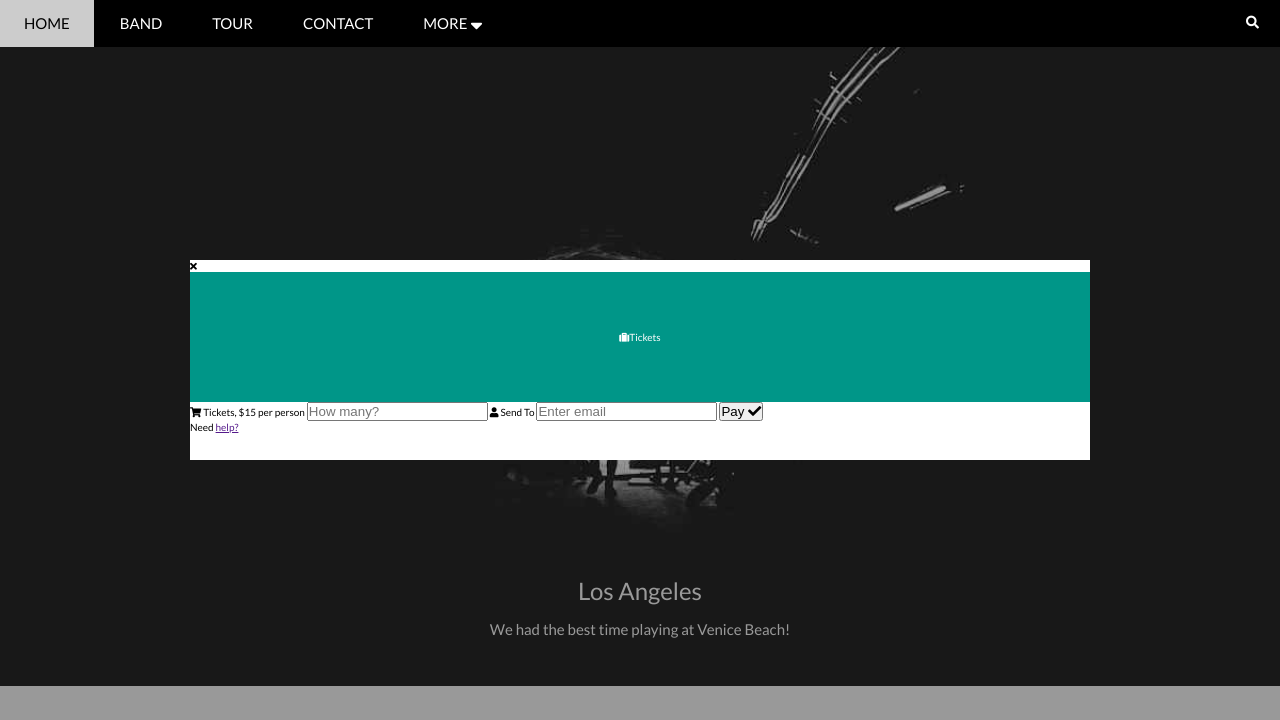
Repository: nguyenthaicong265/w3-band
Page: index.html
The author's editor kept a copy of each file at every save. The page is drawn from the files as they stood at one save, then again after the next save.
The browser window is 1280 px wide. The pictures show the window.
A layer covers the whole window, so only the first screen is drawn.

Above is the page before, as saved 2022-01-03 11:43:44.

After the next save:
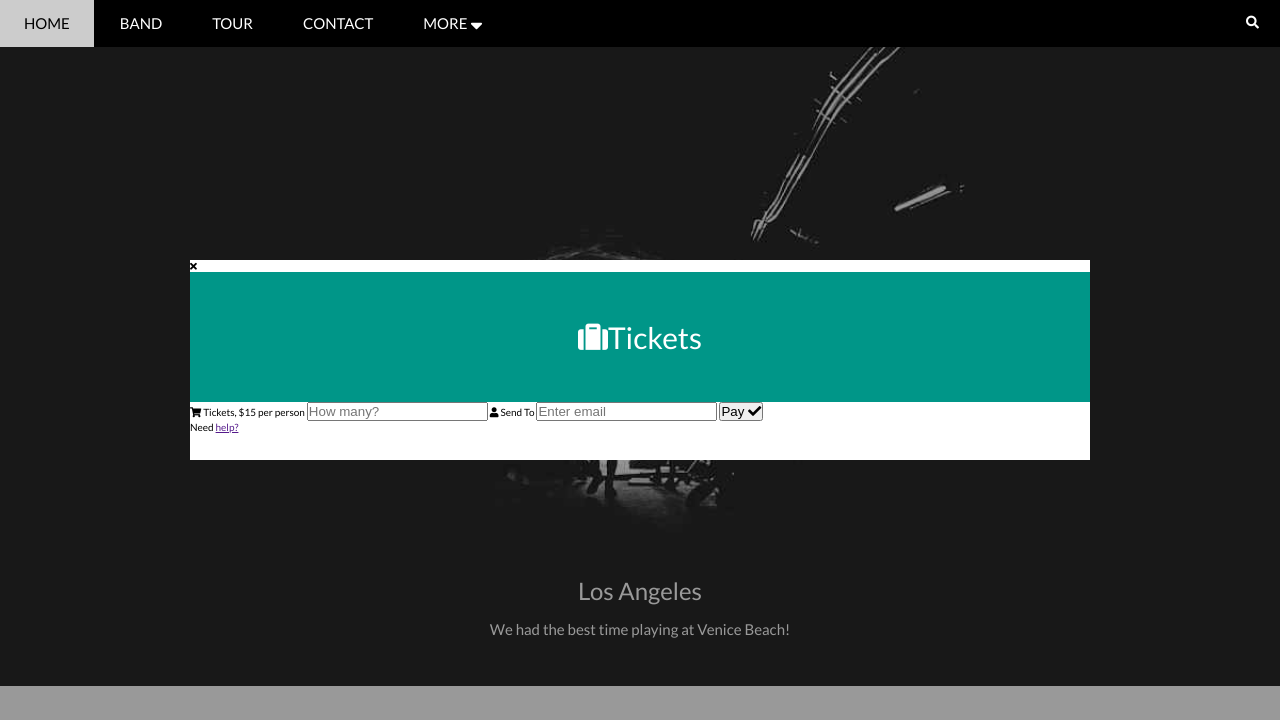
Saved 45 s later.
--- a/assets/css/styles.css
+++ b/assets/css/styles.css
@@ -332,5 +332,6 @@ html {
     display: flex;
     align-items: center;
     justify-content: center;
-
-}
+    font-size: 30px;
+
+}
